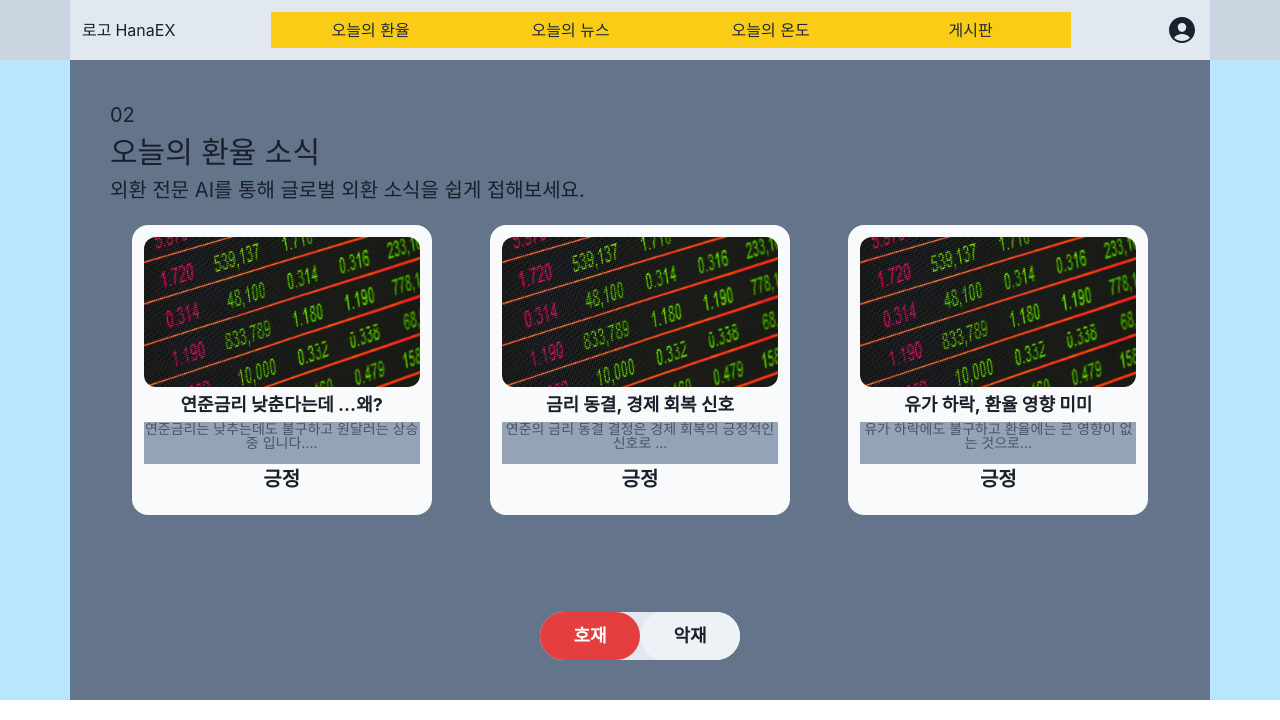
Repository: HANAEX/FRONT
Page: /News
These files come from the project's save history. The page is drawn as it stood at one moment and after the next save; the edit follows.
The browser window is 1280 px wide. The pictures show the whole page.
The page's requests for data from a server got no answer. The project was rebuilt for these pictures with package versions that can differ from the ones it lists, and the page was loaded fresh each time. No one was signed in, and anything a server would have sent is missing. Also part of the build but not shown: src/components/ChartCard.js, src/components/FlowText.js, src/pages/MainPage.js, src/pages/LoginPage.js, src/pages/MyPage.js, src/components/SementicCard.js, src/pages/SemanticPage.js, src/components/CloudChart.js and 6 more.

Above is the page before, as saved 2024-08-14 10:36:59.

After the next save:
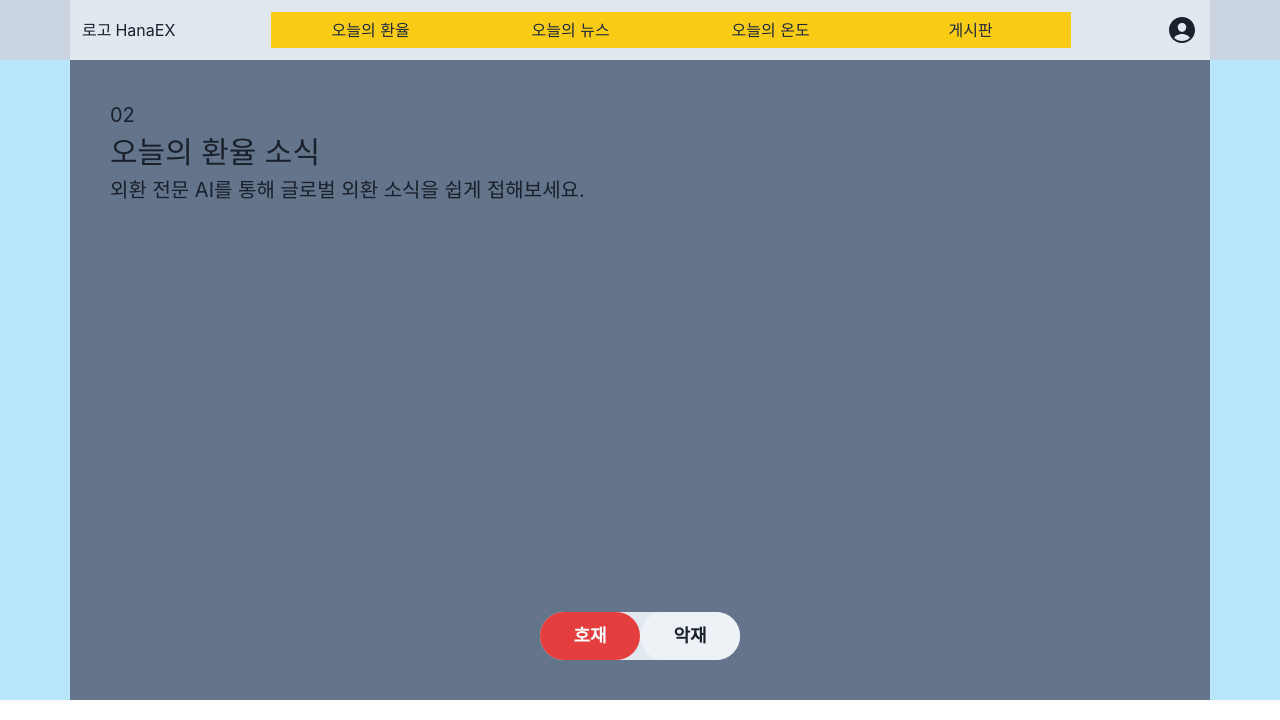
Saved 5 min 29 s later.
--- a/src/pages/NewsPage.js
+++ b/src/pages/NewsPage.js
@@ -20,7 +20,8 @@ const NewsPage = () => {
   useEffect(() => {
     const getUseHistory = async () => {
       try {
-        const result = await axios.get(SERVER_URL + "newsData.json");
+        // const result = await axios.get(SERVER_URL + "newsData.json");
+        const result = await axios.get("https://a8068697-21bf-44f7-bf02-fccbc7115c44.mock.pstmn.io//hana/news");
         console.log(result.data);
         setConsumData(result.data.data);
       } catch (error) {
